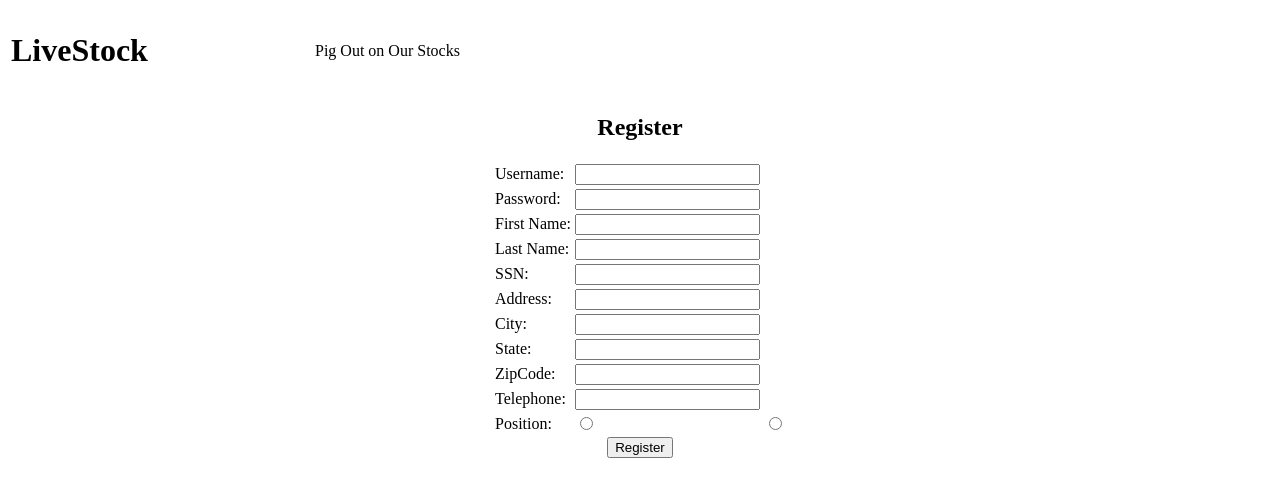
Repository: yastapova/live-stock
Page: LiveStockSite/WebContent/WEB-INF/register_emp.html
The author's editor kept a copy of each file at every save. The page is drawn from the files as they stood at one save, then again after the next save.
The browser window is 1280 px wide. The pictures show the whole page.

Above is the page before, as saved 2016-04-15 22:02:01.

After the next save:
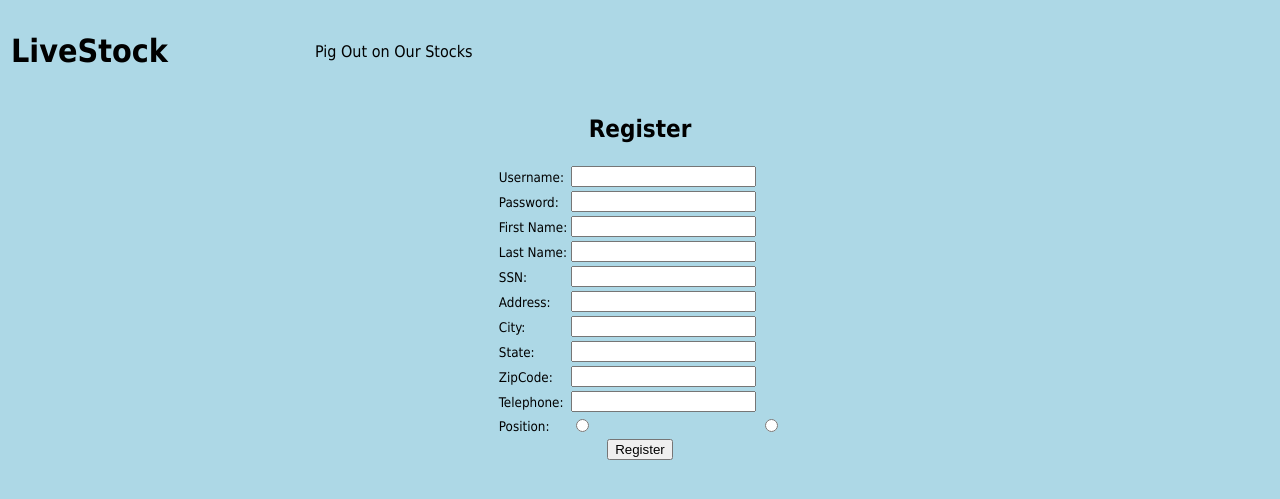
Saved 55 s later.
--- a/LiveStockSite/WebContent/WEB-INF/register_emp.html
+++ b/LiveStockSite/WebContent/WEB-INF/register_emp.html
@@ -2,7 +2,16 @@
 <html>
 <head>
 <meta charset="ISO-8859-1">
-<title>Insert title here</title>
+	<title>LiveStock Trading - Register</title>
+	<style>
+		body {
+			background-color: lightblue;
+			font-family: Tahoma;
+		}
+		.formlabel {
+			font-size: 10pt;
+		}
+	</style>
 </head>
 <body>
 	<div class="header">
